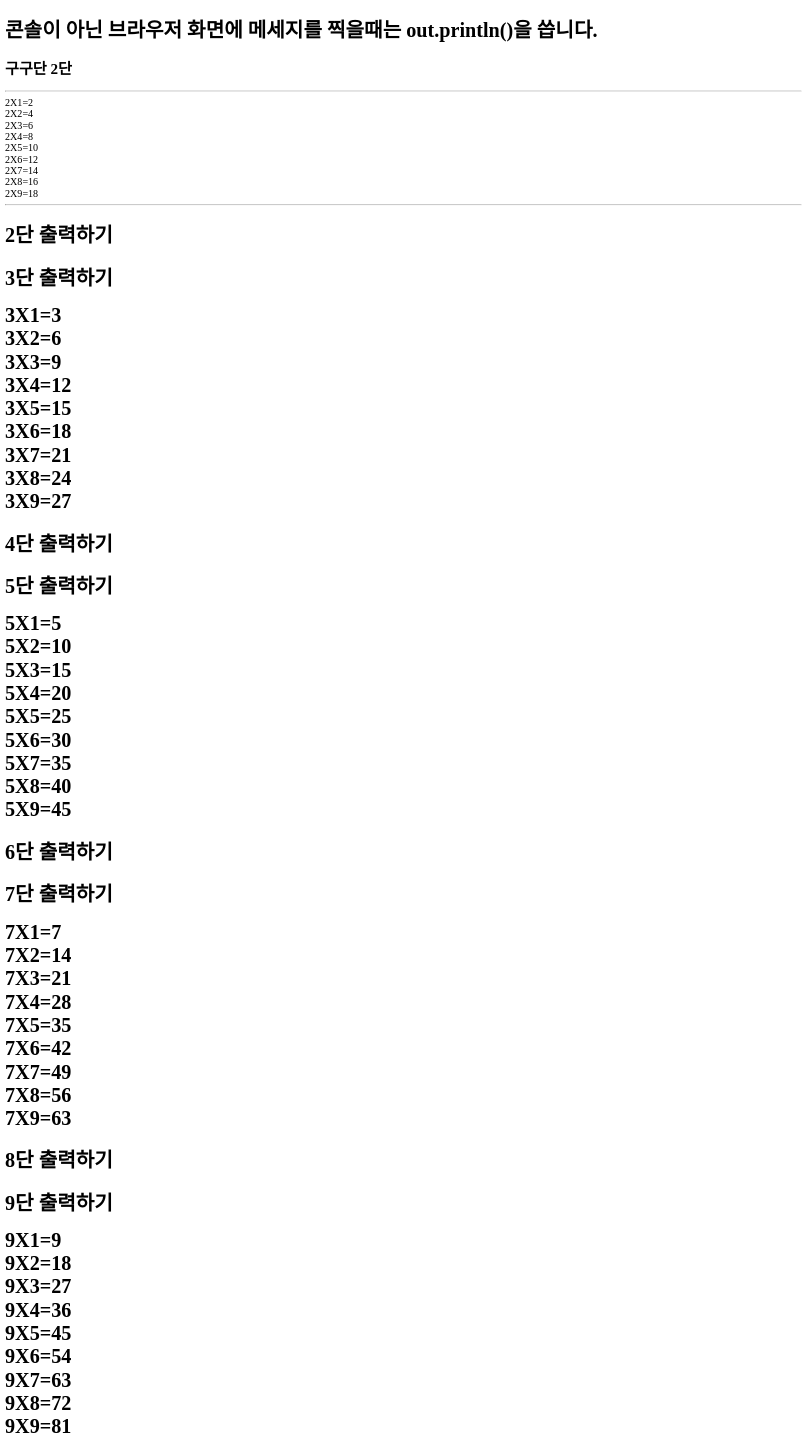
Repository: gowjd4419/jsp
Page: http://localhost/JSPBasic/jsptag/scriptlet.jsp
The author's editor kept a copy of each file at every save. The page is drawn from the files as they stood at one save, then again after the next save.
The browser window is 1280 px wide. The pictures show the whole page, at 63% of full size.
The page is served by Tomcat 9.

Above is the page before, as saved 2022-03-22 12:10:26.

After the next save:
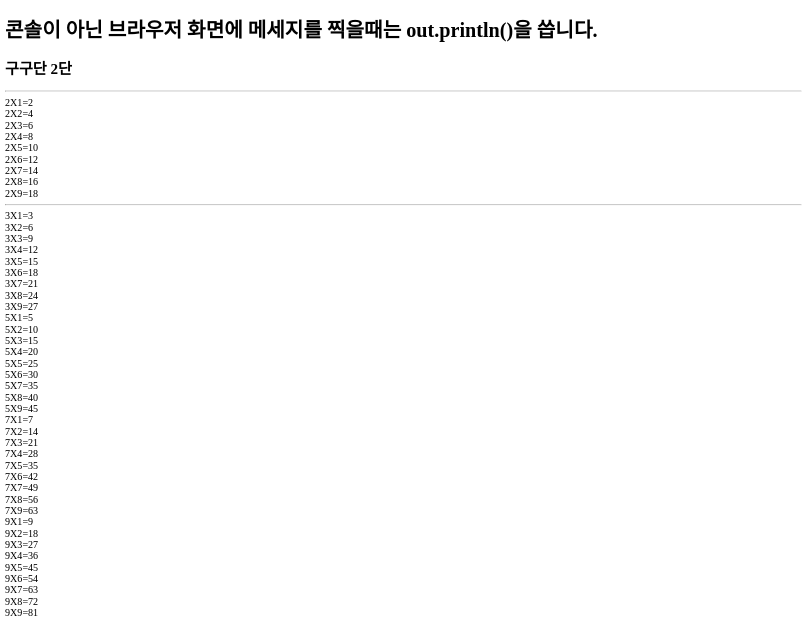
Saved 15 s later.
--- a/JSPBasic/src/main/webapp/jsptag/scriptlet.jsp
+++ b/JSPBasic/src/main/webapp/jsptag/scriptlet.jsp
@@ -20,7 +20,6 @@
      <!-- 반복문과 조건문을 이용하여 구구단 홀수단(3,5,7,9)을 화면에 출력해보기 -->
      <%
          for(int i = 2; i <= 9; i++){
-        	 out.println("<h1>" + i +"단 출력하기<h1>");
         	 for(int j = 1; j <= 9; j++){
         	 if(i % 2==0){
         		 continue;
